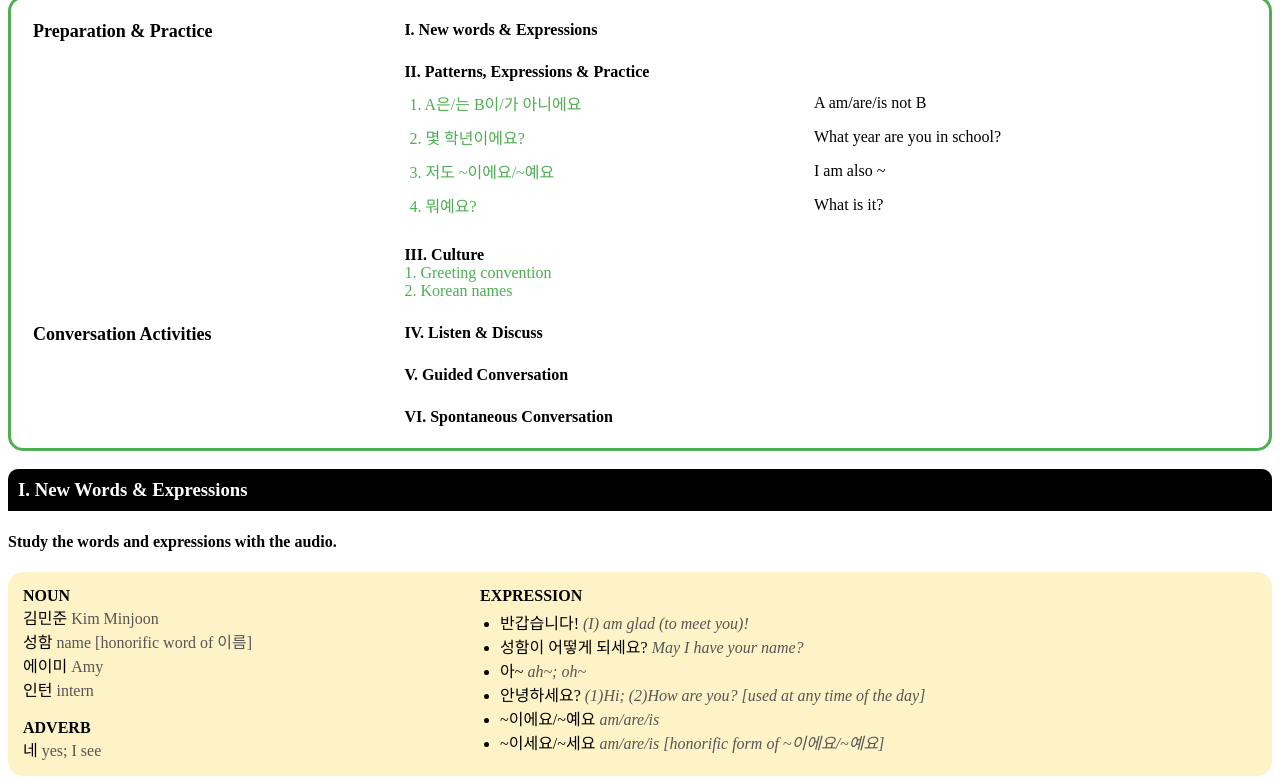
Repository: elliehong89/pineapple-content
Page: 1.anytimekorea/chap3/섹션1~3.html
The author's editor kept a copy of each file at every save. The page is drawn from the files as they stood at one save, then again after a run of saves.
The browser window is 1280 px wide. The pictures show the part of the page from y = 416 to 1200 px (the page is 1200 px tall before and 1166 px after).
A picture or video elsewhere on the page could not be fetched, so the positions and the page height are approximate.

Above is the page before, as saved 2025-02-19 16:31:41.

### 1.anytimekorea/chap3/섹션1~3.html
<!-- +++++ 챕터 3 +++++  -->
<h2><strong>| Asking one's year in school and university</strong></h2>
<h4 class="caption">Asking one's year in school and university</h4>
<p><img src="http://api.pineapple.ac:80/textbook/textbookContents/images/9781635190151/0c3aafb0-3dfa-49e1-9001-c0cc26fb8da4.png"><br></p>
<!-- 섹션 2 -->
<div style="border: 3px solid #4CAF50; border-radius: 15px; padding: 10px;">
    <table style="border-collapse: collapse; width: 100%;">
        <tbody>
            <tr>
                <td rowspan="3" style="width: 30%; font-size: 18px; font-weight: bold; padding: 12px; vertical-align: top;">Preparation &amp; Practice</td>
                <td style="width: 70%; padding: 12px; font-weight: bold;">I. New words &amp; Expressions</td>
            </tr>
            <tr>
                <td style="padding: 12px;">
                    <strong>II. Patterns, Expressions &amp; Practice</strong>
                    <table style="width: 100%; border-collapse: collapse; margin-top: 5px;">
                        <tbody>
                            <tr>
                                <td style="color: #4CAF50; padding: 5px;">1. A은/는 B이/가 아니에요</td>
                                <td style="padding: 5px;">A am/are/is not B</td>
                            </tr>
                            <tr>
                                <td style="color: #4CAF50; padding: 5px;">2. 몇 학년이에요?</td>
                                <td style="padding: 5px;">What year are you in school?</td>
                            </tr>
                            <tr>
                                <td style="color: #4CAF50; padding: 5px;">3. 저도 ~이에요/~예요</td>
                                <td style="padding: 5px;">I am also ~</td>
                            </tr>
                            <tr>
                                <td style="color: #4CAF50; padding: 5px;">4. 뭐예요?</td>
                                <td style="padding: 5px;">What is it?</td>
                            </tr>
                        </tbody>
                    </table>
                </td>
            </tr>
            <tr>
                <td style="padding: 12px;">
                    <strong>III. Culture</strong><br>
                    <span style="color: #4CAF50;">1. Greeting convention</span><br>
                    <span style="color: #4CAF50;">2. Korean names</span><br>
                </td>
            </tr>
            <tr>
                <td rowspan="3" style="width: 30%; font-size: 18px; font-weight: bold; padding: 12px; vertical-align: top;">Conversation Activities</td>
                <td style="padding: 12px;"><strong>IV. Listen &amp; Discuss</strong></td>
            </tr>
            <tr>
                <td style="padding: 12px;"><strong>V. Guided Conversation</strong></td>
            </tr>
            <tr>
                <td style="padding: 12px;"><strong>VI. Spontaneous Conversation</strong></td>
            </tr>
        </tbody>
    </table>
</div>

<h3 style="border-top-left-radius: 10px; border-top-right-radius: 10px; color: #ffffff; background-color: #000000; padding: 10px;">I. New Words &amp; Expressions</h3>
<h4> Study the words and expressions with the audio.</h4>

<div style="border: 3px; background-color: rgb(254, 243, 199); border-radius: 15px; padding: 15px;">
    <div style="display: flex; gap: 20px;">
        <div style="width: 36%;">
            <div><strong>NOUN</strong></div>
            <div>김민준 <span style="color: #555;">Kim Minjoon</span></div>
            <div>성함 <span style="color: #555;">name [honorific word of 이름]</span></div>
            <div>에이미 <span style="color: #555;">Amy</span></div>
            <div>인턴 <span style="color: #555;">intern</span></div>
            <br>
            <div><strong>ADVERB</strong></div>
            <div>네 <span style="color: #555;">yes; I see</span></div>
        </div>
        <div style="width: 64%;">
            <div><strong>EXPRESSION</strong></div>
            <ul style="padding-left: 20px; margin: 5px 0;">
                <li>반갑습니다! <span style="color: #555;"><em>(I) am glad (to meet you)!</em></span></li>
                <li>성함이 어떻게 되세요? <span style="color: #555;"><em>May I have your name?</em></span></li>
                <li>아~ <span style="color: #555;"><em>ah~; oh~</em></span></li>
                <li>안녕하세요? <span style="color: #555;"><em>(1)Hi; (2)How are you? [used at any time of the day]</em></span></li>
                <li>~이에요/~예요 <span style="color: #555;"><em>am/are/is</em></span></li>
                <li>~이세요/~세요 <span style="color: #555;"><em>am/are/is [honorific form of ~이에요/~예요]</em></span></li>
            </ul>
        </div>
    </div>
</div>

After the next 2 saves:
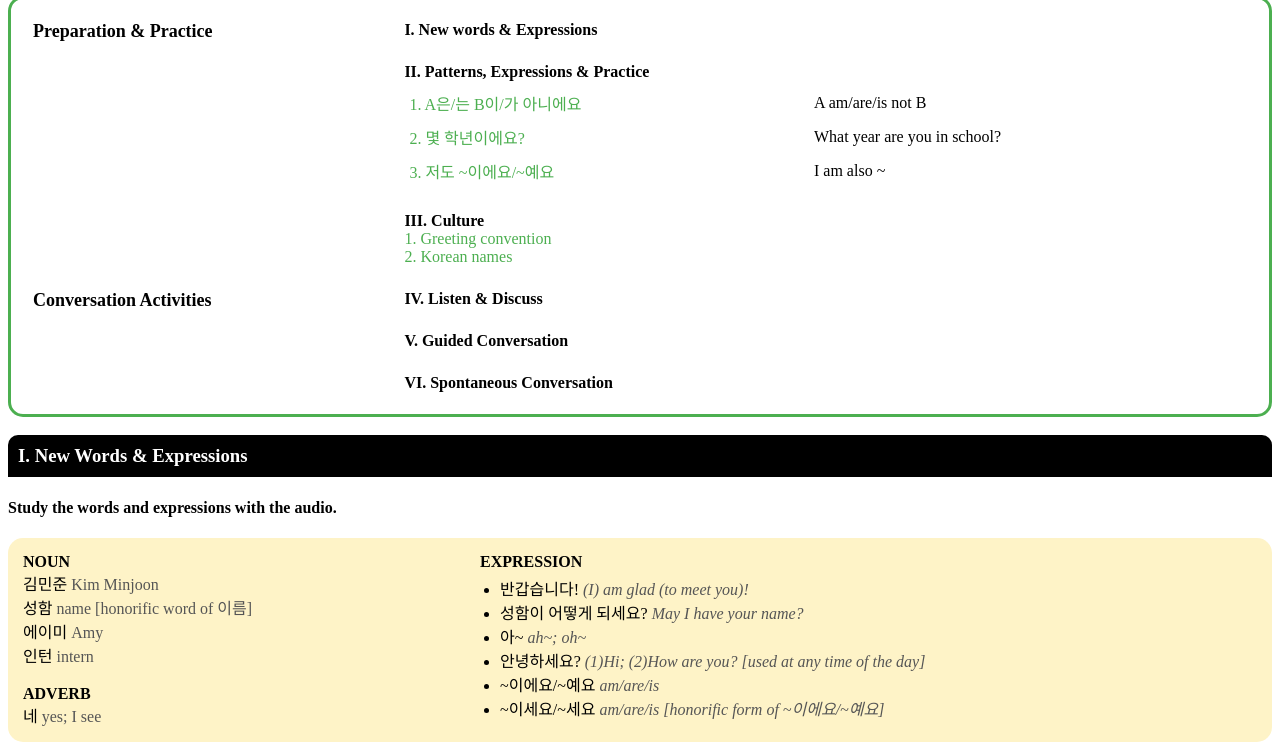
The 2 saves are shown as one change because they came seconds apart.
The last was saved 6 s later.
--- a/1.anytimekorea/chap3/섹션1~3.html
+++ b/1.anytimekorea/chap3/섹션1~3.html
@@ -26,10 +26,6 @@
                             <tr>
                                 <td style="color: #4CAF50; padding: 5px;">3. 저도 ~이에요/~예요</td>
                                 <td style="padding: 5px;">I am also ~</td>
-                            </tr>
-                            <tr>
-                                <td style="color: #4CAF50; padding: 5px;">4. 뭐예요?</td>
-                                <td style="padding: 5px;">What is it?</td>
                             </tr>
                         </tbody>
                     </table>
